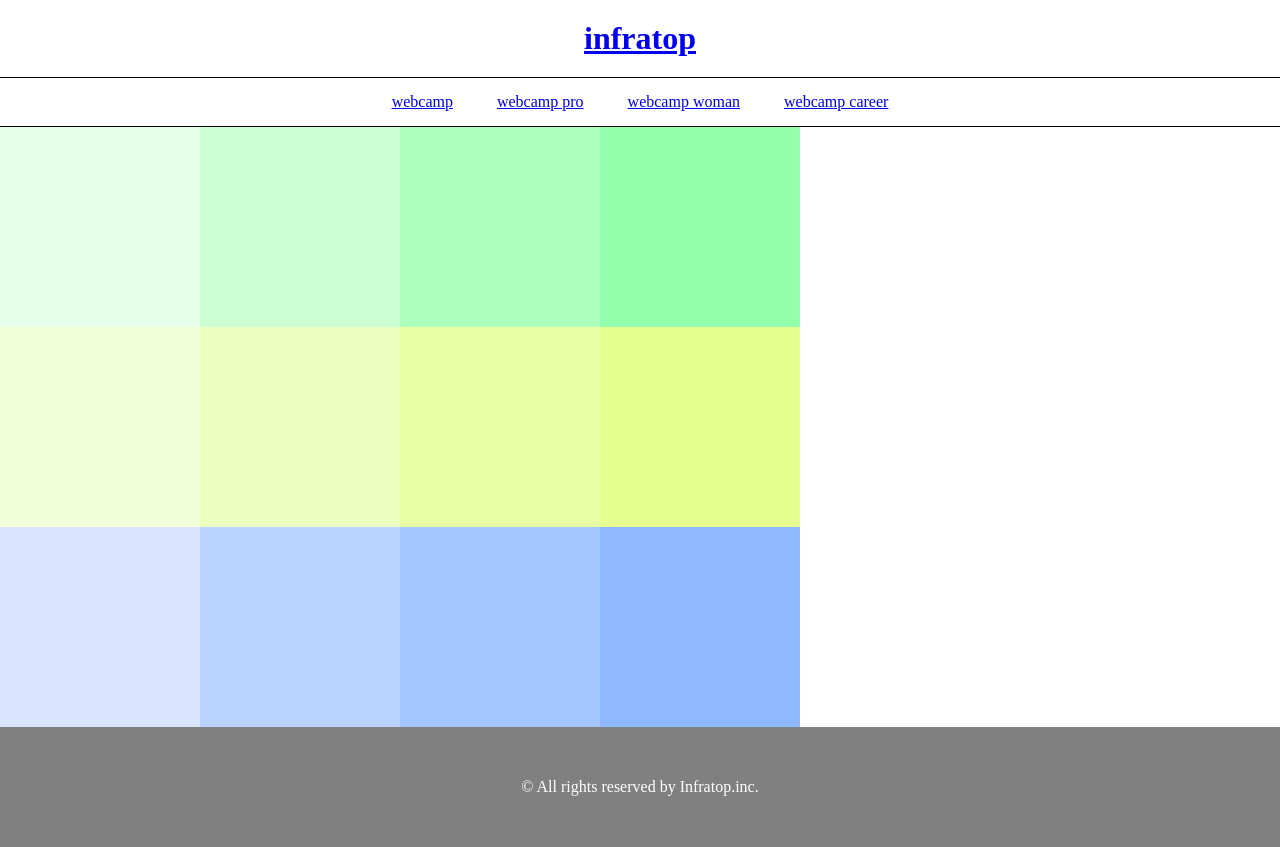
Repository: ryo32sun/Html-Practice
Page: practice/chapter5.html
The author's editor kept a record of every edit. The page is drawn from the files as they stood at one moment, then again after the next edit.
The browser window is 1280 px wide. The pictures show the whole page.

Above is the page before.

### practice/chapter5.html
<!DOCTYPE html>
<html lang="ja">
  <head>
    <meta charset="utf-8">
    <!-- CSSファイルの読み込み -->
    <link rel="stylesheet" href="chapter5.css">
    <title>chapter5</title>
  </head>

  <body>
    <header>
      <h1 class="heading">
        <a href="chapter5.html">
          infratop
        </a>
      </h1>
      <nav>
        <ul class="nav-list">
          <li class="nav-list-item">
            <a href="chapter5.html">
              webcamp
            </a>
          </li>
          <li class="nav-list-item">
            <a href="chapter5.html">
              webcamp pro
            </a>
          </li>
          <li class="nav-list-item">
            <a href="chapter5.html">
              webcamp woman
            </a>
          </li>
          <li class="nav-list-item">
            <a href="chapter5.html">
              webcamp career
            </a>
          </li>
        </ul>
      </nav>
    </header>

    <div class="main">

      <div class="box1"></div>
      <div class="box2"></div>
      <div class="box3"></div>
      <div class="box4"></div>
      <div class="box5"></div>
      <div class="box6"></div>
      <div class="box7"></div>
      <div class="box8"></div>
      <div class="box9"></div>
      <div class="box10"></div>
      <div class="box11"></div>
      <div class="box12"></div>

    </div>

  </body>

  <footer>
    <p class="footer">© All rights reserved by Infratop.inc.</p>
  </footer>

</html>

### practice/chapter5.css
* {
  margin: 0;
  padding: 0;
  box-sizing: border-box;
}

.heading {
  text-align: center;
  margin: 20px 0;
}

.nav-list {
  padding: 15px 0;
  text-align: center;
  border-top:1px solid black;
  border-bottom:1px solid black;
}

.nav-list-item {
  display: inline-block;
  padding:0 20px;
}

.main {
  display: flex;
  justify-content: center;
  flex-wrap: wrap;
  width: 800px;

}

.box1 {
  width: 200px;
  height: 200px;
  background-color:#e6ffe9;
}

.box2 {
  width: 200px;
  height: 200px;
  background-color:#cbffd3;
}

.box3 {
  width: 200px;
  height: 200px;
  background-color:#aeffbd;
}

.box4 {
  width: 200px;
  height: 200px;
  background-color:#93ffab;
}

/* 2列目 */

.box5 {
  width: 200px;
  height: 200px;
  background-color:#f3ffd8;
}

.box6 {
  width: 200px;
  height: 200px;
  background-color:#edffbe;
}

.box7 {
  width: 200px;
  height: 200px;
  background-color:#e9ffa5;
}

.box8 {
  width: 200px;
  height: 200px;
  background-color:#e4ff8d;
}

/* 3列目 */

.box9 {
  width: 200px;
  height: 200px;
  background-color:#d9e5ff;
}

.box10 {
  width: 200px;
  height: 200px;
  background-color:#bad3ff;
}

.box11 {
  width: 200px;
  height: 200px;
  background-color:#a4c6ff;
}

.box12 {
  width: 200px;
  height: 200px;
  background-color:#8eb8ff;
}

footer {
  text-align: center;
  width: 100%;
  height: 120px;
  background-color: gray;
}

.footer {
  line-height: 120px;
  color: #fff;
}

After the next edit:
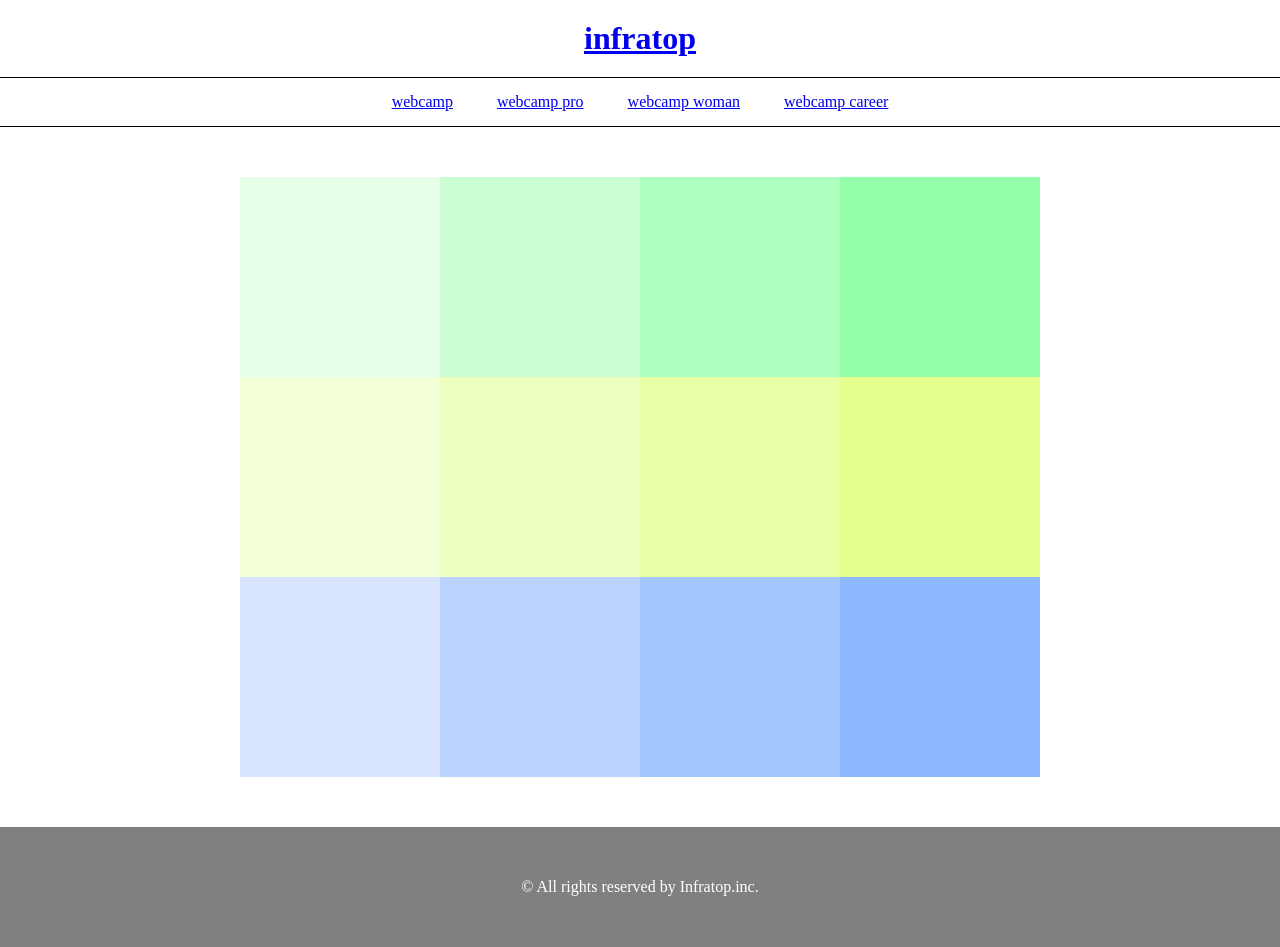
The edit:
--- a/practice/chapter5.css
+++ b/practice/chapter5.css
@@ -23,10 +23,9 @@
 
 .main {
   display: flex;
-  justify-content: center;
   flex-wrap: wrap;
   width: 800px;
-
+  margin: 50px auto;
 }
 
 .box1 {
